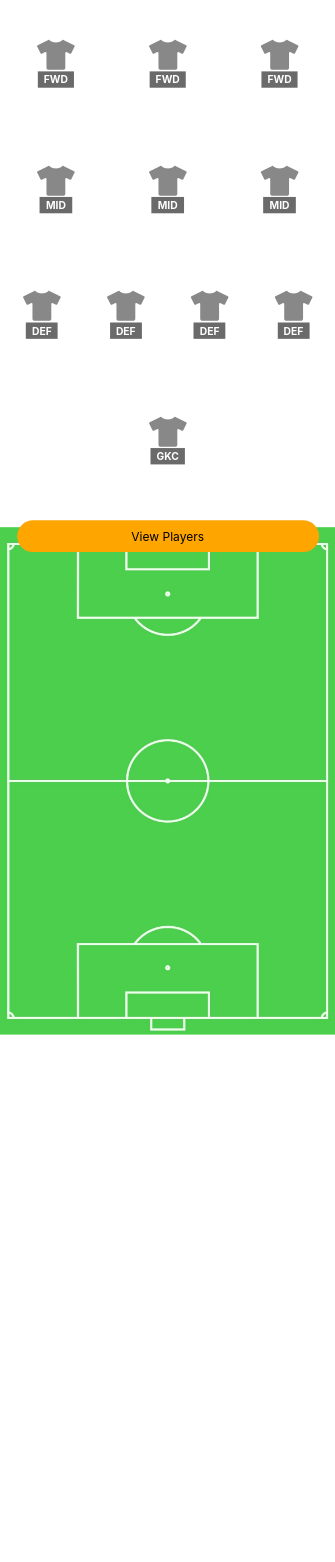
Repository: JavaidAhmadKhan/UEFA
Screen: /
These files come from the project's save history. The screen is drawn as it stood at one moment and after a run of saves; the edit follows.
The pictures are shown at 86% of full size.
The app was drawn by React Native's web renderer in a window 390 px wide. The project was rebuilt for these pictures with package versions that can differ from the ones it lists, and the page was loaded fresh each time. Some packages were replaced by stand-ins written for this rebuild.

Above is the screen before, as saved 2021-07-07 11:40:08.

### App.tsx
import "react-native-gesture-handler";
import { StatusBar } from "expo-status-bar";
import React from "react";
import { SafeAreaProvider } from "react-native-safe-area-context";

import useCachedResources from "./hooks/useCachedResources";
import useColorScheme from "./hooks/useColorScheme";
import TabOneScreen from "./screens/TabOneScreen";

export default function App() {
  const isLoadingComplete = useCachedResources();
  const colorScheme = useColorScheme();

  if (!isLoadingComplete) {
    return null;
  } else {
    return (
      <SafeAreaProvider>
        <TabOneScreen />

        <StatusBar />
      </SafeAreaProvider>
    );
  }
}

### screens/TabOneScreen.tsx
import * as React from "react";
import {
  StyleSheet,
  SafeAreaView,
  Platform,
  Pressable,
  Text,
} from "react-native";

import Field from "../components/Field";

export default function TabOneScreen() {
  const viewPlayers = () => {
    console.warn("View Player");
  };

  return (
    <SafeAreaView style={styles.container}>
      <Field />
      <Pressable onPress={viewPlayers} style={styles.buttonContainer}>
        <Text>View Players</Text>
      </Pressable>
    </SafeAreaView>
  );
}

const styles = StyleSheet.create({
  container: {
    flex: 1,
    alignItems: "center",
    paddingTop: Platform.OS === "android" ? 30 : 0,
  },
  buttonContainer: {
    backgroundColor: "orange",
    width: "90%",
    margin: 20,
    padding: 10,
    alignItems: "center",
    borderRadius: 50,
  },
});

### components/Field.tsx
import React from "react";
import {
  StyleSheet,
  ImageBackground,
  SafeAreaView,
  Platform,
  Text,
  View,
} from "react-native";

import field from "../assets/images/field.jpg";
import FieldPlayer from "./FieldPlayer";

const players: { [key: string]: null[] } = {
  FWD: [null, null, null],
  MID: [null, null, null],
  DEF: [null, null, null, null],
  GKC: [null],
};

const Field = () => {
  return (
    <ImageBackground
      source={field}
      resizeMode="contain"
      style={{
        width: "100%",
        aspectRatio: 2 / 3,
        justifyContent: "space-around",
        alignItems: "center",
      }}
    >
      {Object.keys(players).map((position) => (
        <View
          style={{
            flexDirection: "row",
            justifyContent: "space-around",
            width: "100%",
          }}
        >
          {players[position].map((player) => (
            <FieldPlayer player={player} position={position} />
          ))}
        </View>
      ))}
    </ImageBackground>
  );
};

export default Field;

### components/FieldPlayer.tsx
import React from "react";
import { View, Text } from "react-native";
import { FontAwesome5 } from "@expo/vector-icons";

type FieldPlayerProps = {
  player: null;
  position: string;
};

const FieldPlayer = (props: FieldPlayerProps) => {
  const { player, position } = props;

  return (
    <View style={{ alignItems: "center" }}>
      <FontAwesome5
        name="tshirt"
        size={35}
        color={player ? "#d170db" : "#5c5c5cbb"}
      />
      <Text
        style={{
          backgroundColor: "#333333bb",
          color: "white",
          fontWeight: "bold",
          fontSize: 12,
          padding: 2,
          paddingHorizontal: 7,
        }}
      >
        {position}
      </Text>
    </View>
  );
};

export default FieldPlayer;

Loaded but not shown: hooks/useCachedResources.ts (common file); hooks/useColorScheme.ts (common file)

After the next 2 saves:
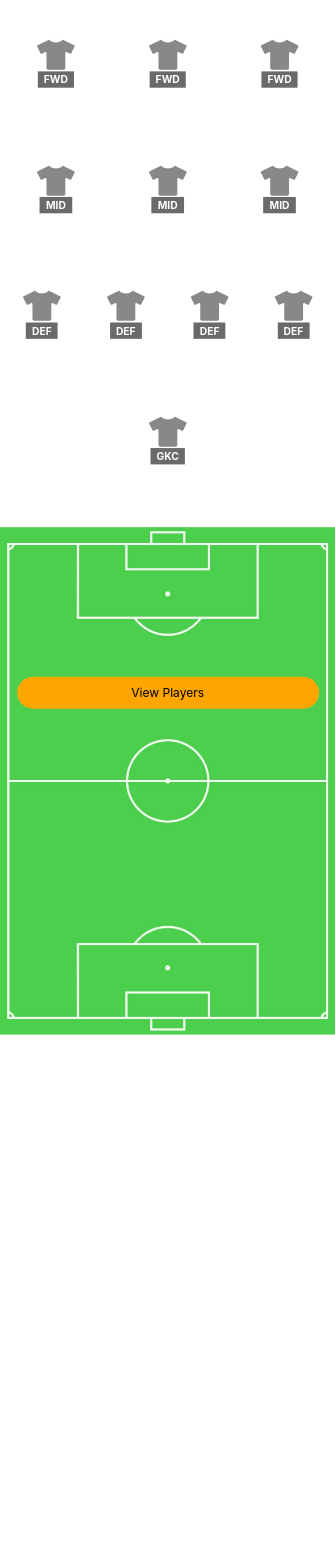
The 2 saves are shown as one change because they came seconds apart.
The last was saved 2 min 13 s later.
--- a/screens/TabOneScreen.tsx
+++ b/screens/TabOneScreen.tsx
@@ -37,5 +37,6 @@ const styles = StyleSheet.create({
     padding: 10,
     alignItems: "center",
     borderRadius: 50,
+    marginTop: "auto",
   },
 });
